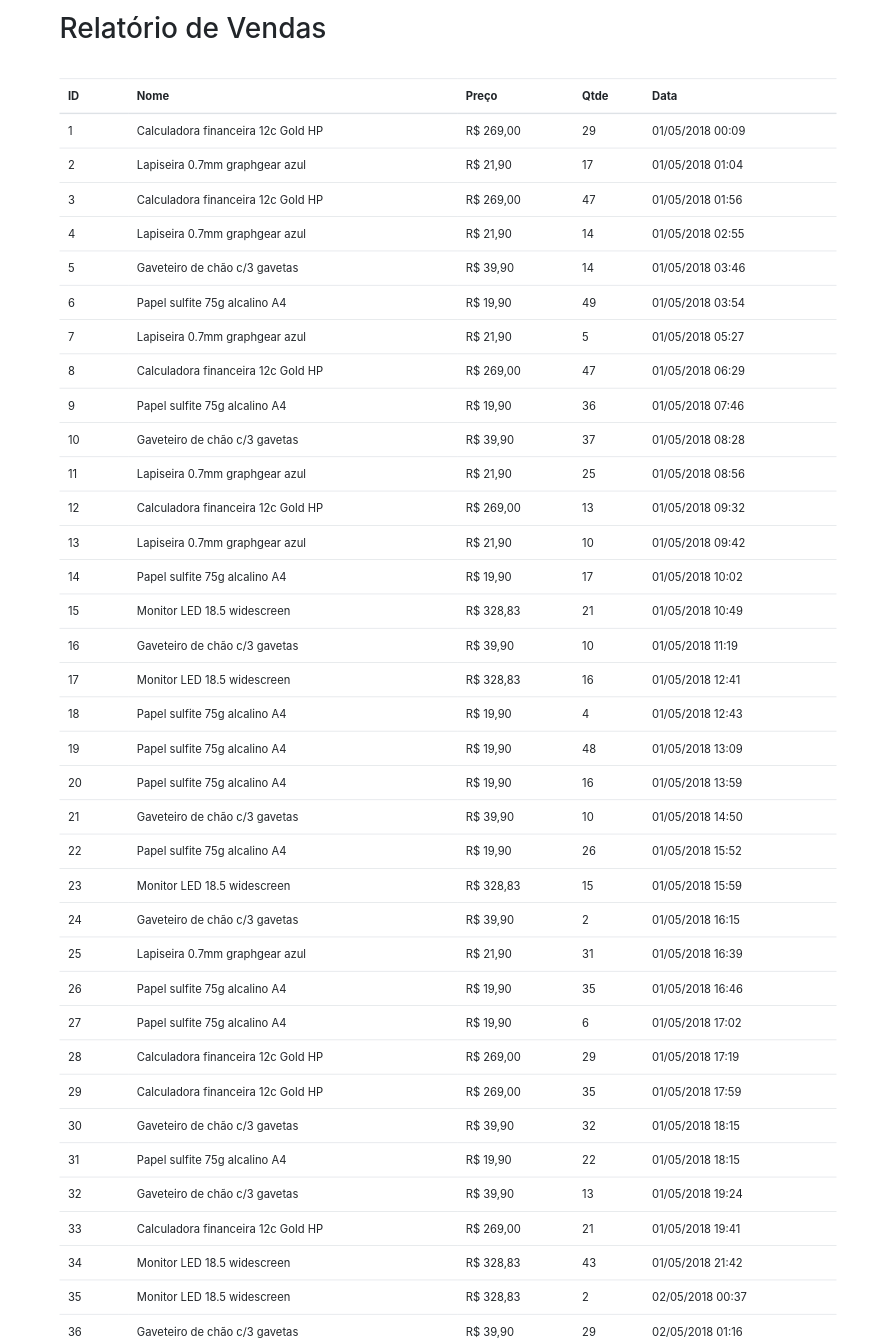
Repository: WillianPer/VUE
Page: sales/index.html
The author's editor kept a copy of each file at every save. The page is drawn from the files as they stood at one save, then again after the next save.
The browser window is 1280 px wide. The pictures show the part of the page from y = 0 to 1920 px (the page is 49178 px tall before and 720 px after), at 70% of full size.

Above is the page before, as saved 2022-08-20 22:18:56.

### sales/index.html
<!DOCTYPE html>
<html>

<head>
    <meta charset="UTF-8">
    <script src="js/vue.min.js"></script>
    <link rel="stylesheet" href="css/bootstrap.min.css">
    <title>Relatório de Vendas</title>
</head>

<body>
    <div id="app">
        <div class="container">
            <h1 class="mt-3">{{ title }}</h1>
            <table class="mt-5 table">
                <thead>
                    <tr>
                        <th>ID</th>
                        <th>Nome</th>
                        <th>Preço</th>
                        <th>Qtde</th>
                        <th>Data</th>
                    </tr>
                </thead>
                <tbody>
                    <tr v-for="sale in sales">
                        <td>{{ sale.id }}</td>
                        <td>{{ sale.name }}</td>
                        <td v-money="'R$'">{{ sale.price }}</td>
                        <td>{{ sale.qtde }}</td>
                        <td>{{ sale.date }}</td>
                    </tr>
                </tbody>
            </table>
        </div>
    </div>

    <script>
        Vue.directive('money', {
            inserted(el, binding) {
                const amount = parseFloat(el.innerHTML).toFixed(2)
                    .replace('.', ',')
                    .replace(/(\d)(?=(\d{3})+\,)/g, '$1.')
                    el.innerHTML = `${binding.value} ${amount}`
            }
        })


        new Vue({
            el: "#app",
            data: {
                title: "Relatório de Vendas",
                sales: null
            },
            methods: {
                getSales() {
                    fetch('/data/sales.json')
                        .then(resp => resp.json())
                        .then(data => this.sales = data)
                },
                calculateTotal(sales) {
                    if (!sales) return 0
                    return sales.reduce((total, sale) => total + sale.value, 0)
                }
            },
            computed: {
                salesByProduct() {
                    if (!this.sales) return null

                    const salesByProduct = this.sales.reduce((grouped, sale) =>{
                        if (!grouped.hasOwnProperty(sale.name)) {
                            grouped[sale.name] = {
                                name: sale.name,
                                value: sale.price * sale.qtde
                            }

                            return grouped
                        }
                        grouped[sale.name].value += sale.price * sale.qtde
                        return grouped
                    }, {})
                    return Object.values(salesByProduct)
                }
            },
            mounted() {
                this.getSales()
            }
        })
    </script>
</body>

</html>

Loaded but not shown: sales/js/vue.min.js (library); sales/css/bootstrap.min.css (library); sales/data/sales.json (common file)

After the next save:
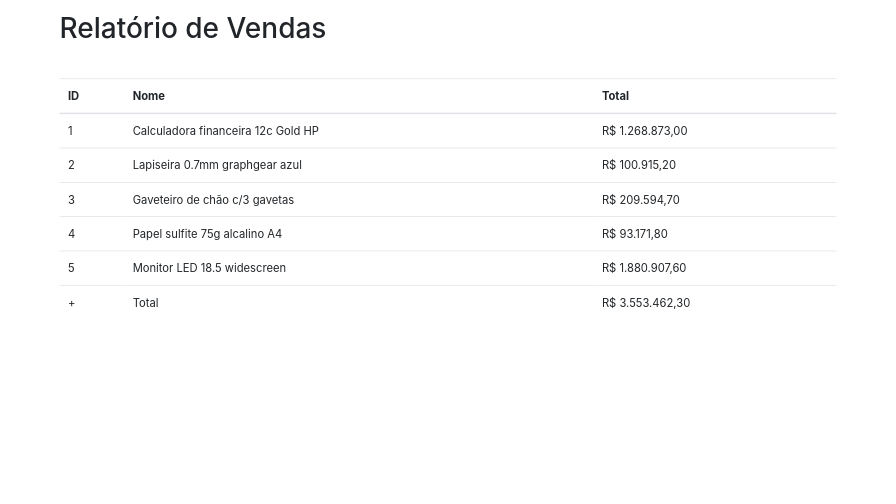
Saved 30 min 30 s later.
--- a/sales/index.html
+++ b/sales/index.html
@@ -12,7 +12,32 @@
     <div id="app">
         <div class="container">
             <h1 class="mt-3">{{ title }}</h1>
-            <table class="mt-5 table">
+
+            <table class="mt-5 table" v-if="salesByProduct">
+                <thead>
+                    <tr>
+                        <th>ID</th>
+                        <th>Nome</th>
+                        <th>Total</th>
+                    </tr>
+                </thead>
+                <tbody>
+                    <tr v-for="(sale, index) in salesByProduct">
+                        <td>{{ index + 1 }}</td>
+                        <td>{{ sale.name }}</td>
+                        <td v-money="'R$'">{{ sale.value }}</td>
+                    </tr>
+                </tbody>
+                <tfoot>
+                    <tr>
+                        <td>+</td>
+                        <td>Total</td>
+                        <td v-money="'R$'">{{ calculateTotal(salesByProduct) }}</td>
+                    </tr>
+                </tfoot>
+            </table>
+
+            <!-- <table class="mt-5 table">
                 <thead>
                     <tr>
                         <th>ID</th>
@@ -31,7 +56,7 @@
                         <td>{{ sale.date }}</td>
                     </tr>
                 </tbody>
-            </table>
+            </table> -->
         </div>
     </div>
 
